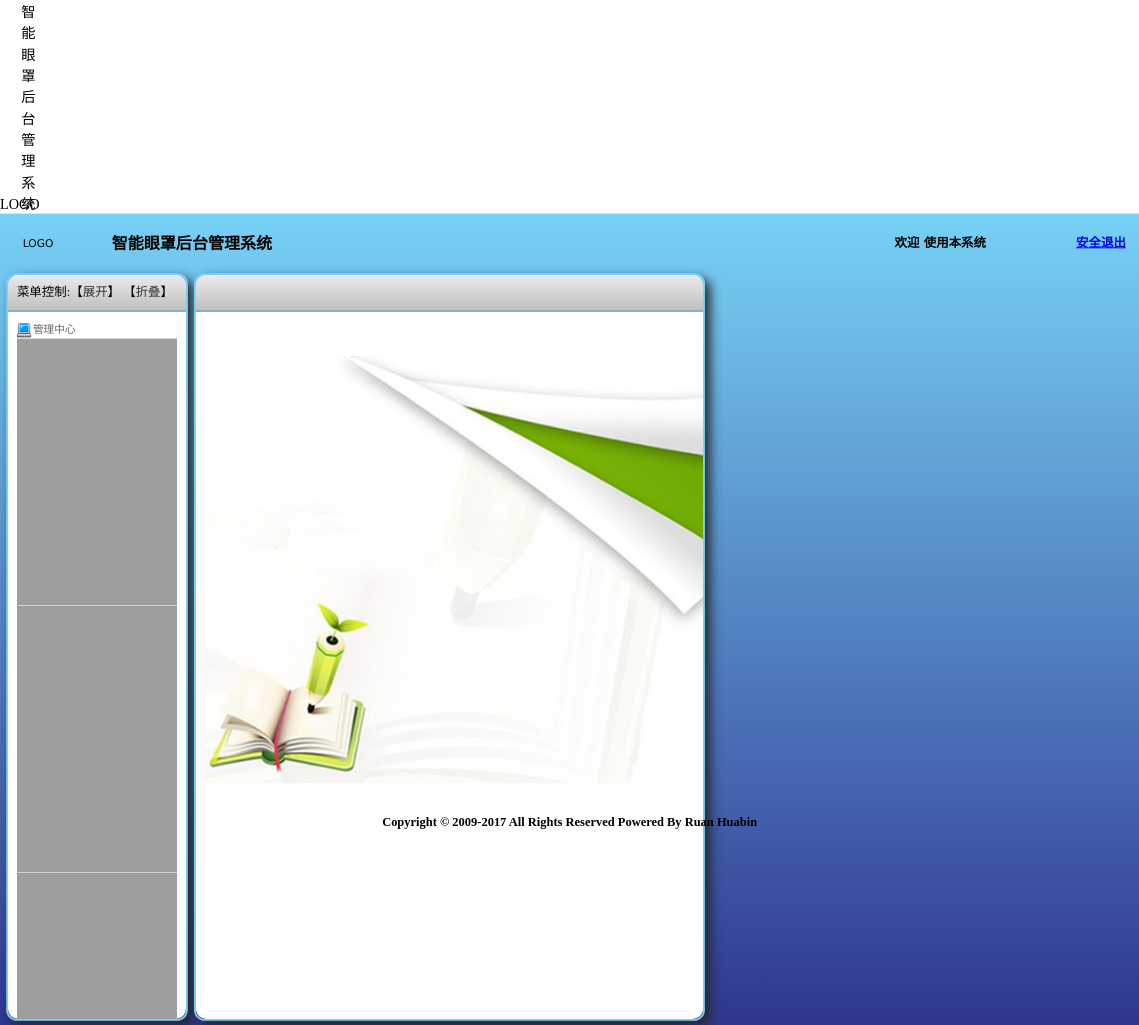
Repository: ruanhuabin/IntelliEyeShade
Page: http://localhost/IntelliEyeShade/admin/admin_login_success.jsp
An editor plug-in stored every save of this project. The page is shown before and after the next save, followed by the edit.
The browser window is 1280 px wide. The pictures show the whole page, at 89% of full size.
The page is served by Tomcat 9. Nobody is signed in. The application's start-up code is not run.

Above is the page before, as saved 2016-12-06 10:08:03.

After the next save:
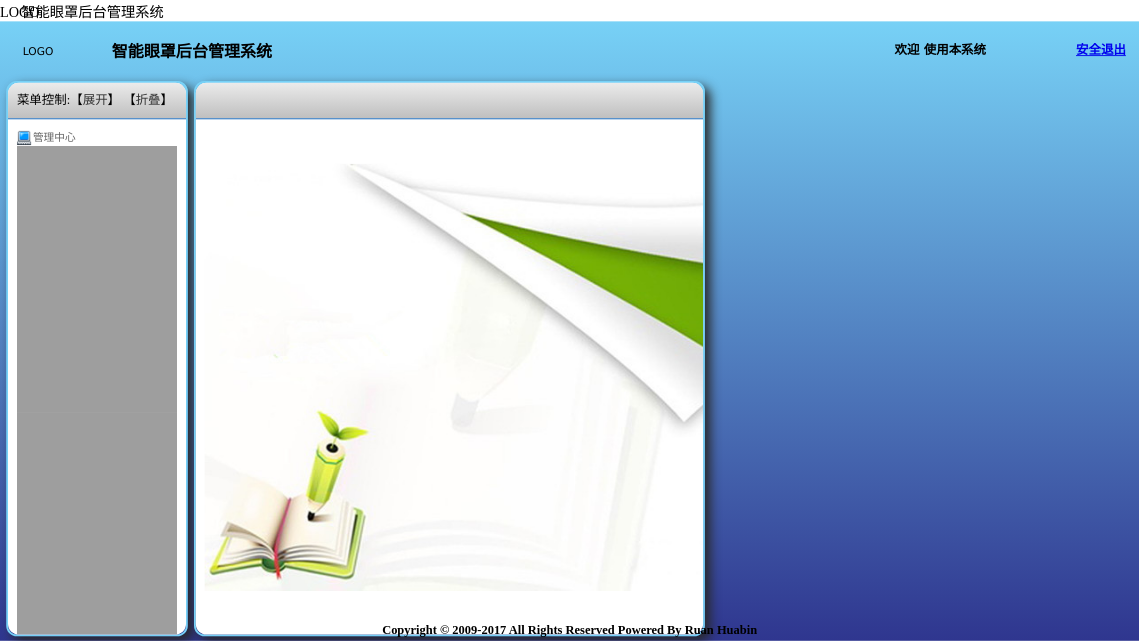
Saved 19 s later.
--- a/IntelliEyeShade/WebRoot/admin/admin_login_success.jsp
+++ b/IntelliEyeShade/WebRoot/admin/admin_login_success.jsp
@@ -17,7 +17,7 @@ String basePath = request.getScheme()+"://"+request.getServerName()+":"+request.
 LOGO
 </div>
 
-<div style="width:20px; display:inline-block;">
+<div style="width:200px; display:inline-block;">
 智能眼罩后台管理系统
 </div>
 
